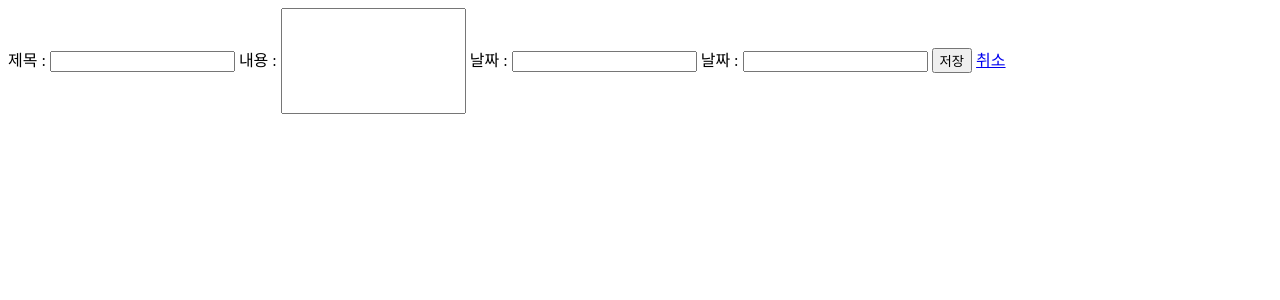
Repository: sandartchip/Board_v01
Page: http://localhost/firstjsp/write.jsp
The author's editor kept a copy of each file at every save. The page is drawn from the files as they stood at one save, then again after the next save.
The browser window is 1280 px wide. The pictures show the whole page.
The page is served by Tomcat 9.

Above is the page before, as saved 2019-03-20 02:00:39.

After the next save:
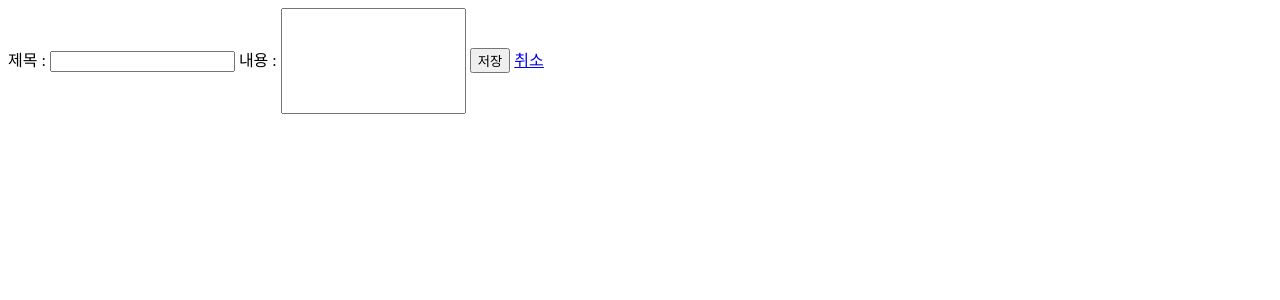
Saved 40 s later.
--- a/Board_v01/firstjsp/WebContent/write.jsp
+++ b/Board_v01/firstjsp/WebContent/write.jsp
@@ -16,8 +16,6 @@
 
 	제목 : <input type="text" name="title">
 	내용 : <input type="text" name="content" style="height:100px">
-	날짜 : <input type="text" name="regDate">
-	날짜 : <input type="text" name="modDate">
 
 	<input type="submit" value = "저장"/>
 
